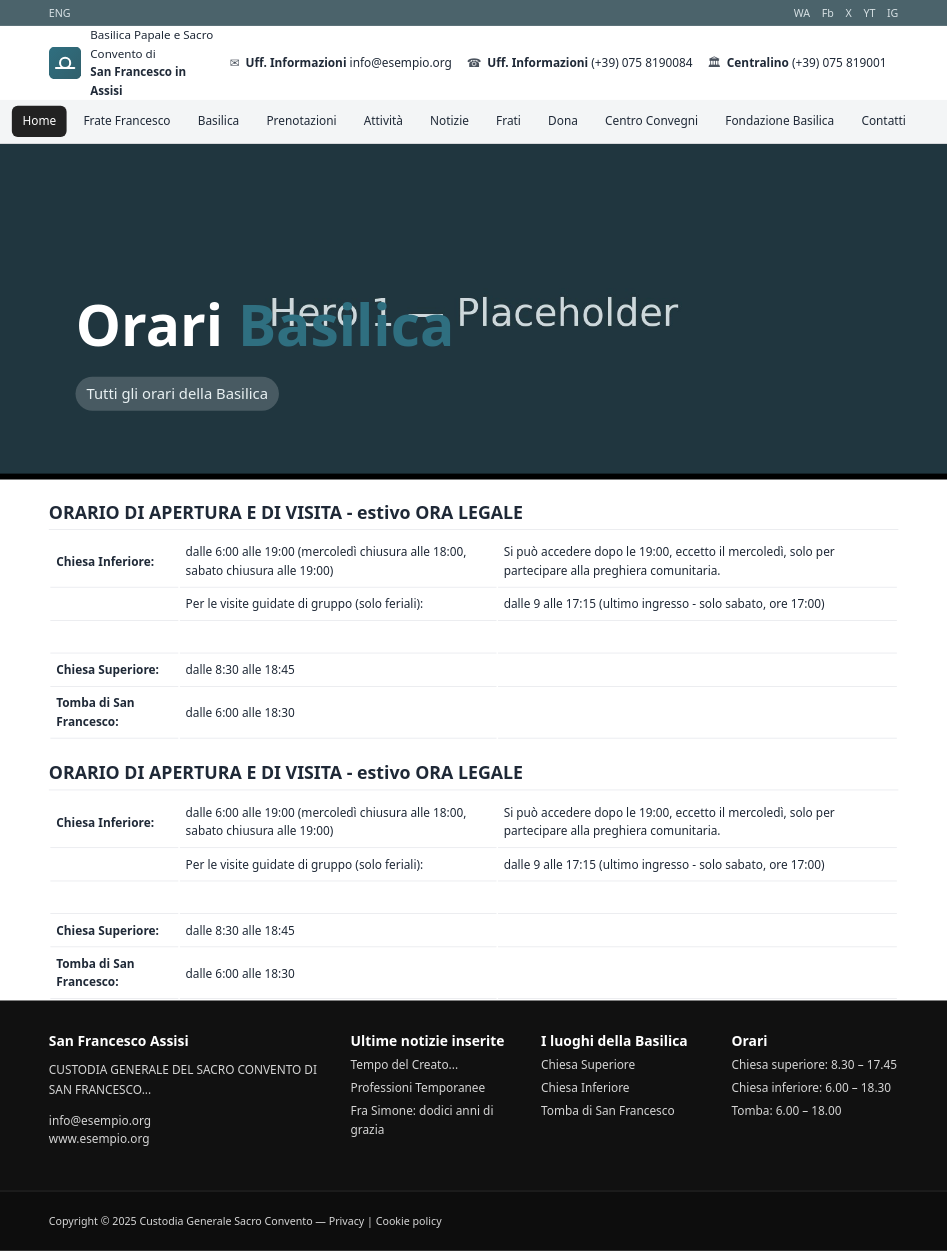
Repository: leacappello/basilica-platform-project
Page: pages/orari.html
These files come from the project's save history. The page is drawn as it stood at one moment and after the next save; the edit follows.
The browser window is 1280 px wide. The pictures show the whole page, at 74% of full size.

Above is the page before, as saved 2025-09-15 12:52:56.
Console error (its wording comes from the project's code and is left out).

After the next save:
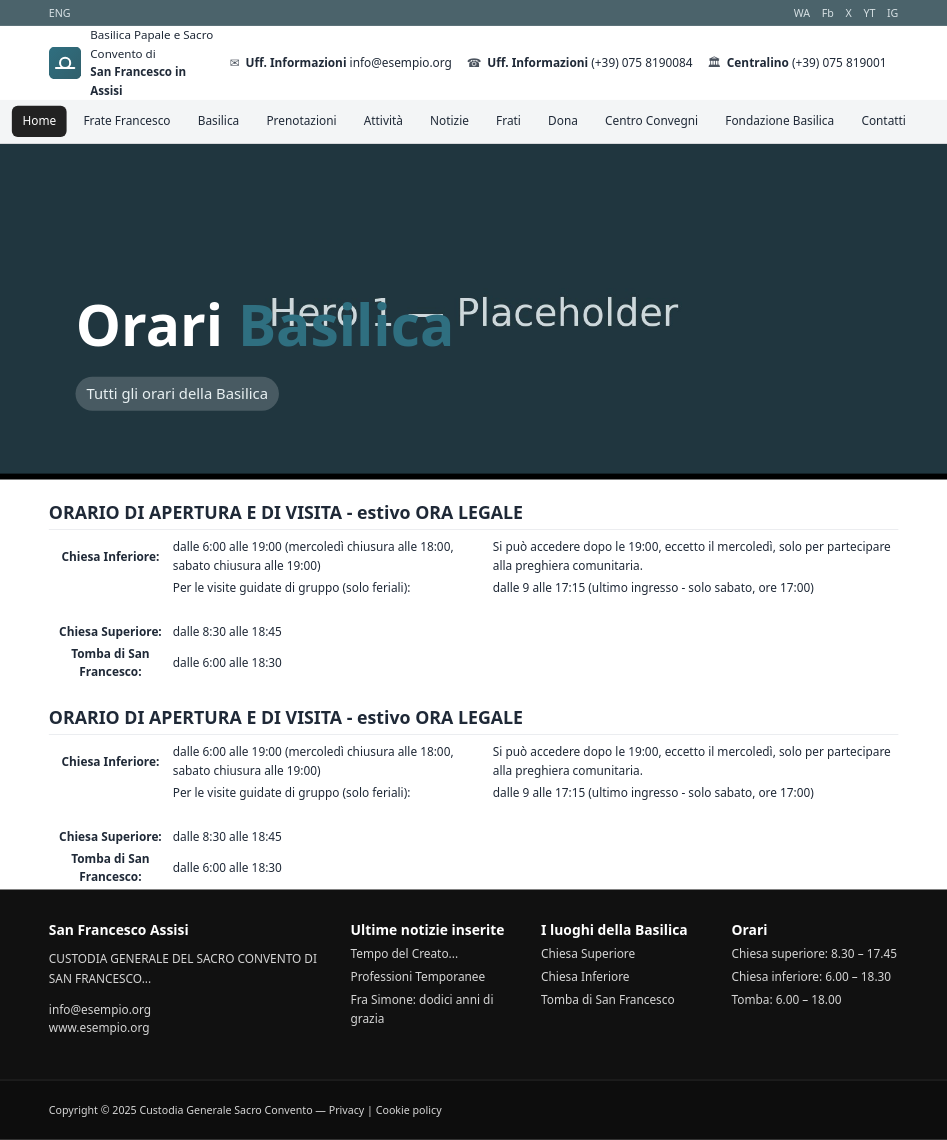
Saved 11 s later.
--- a/assets/styles.css
+++ b/assets/styles.css
@@ -218,11 +218,7 @@
   margin-top: 30px;
   margin-bottom: 50px;
 }
-.orari th,.orari td{
-  padding:.5rem;
-  border-bottom:1px solid var(--border);
-  text-align: left;
-}
+
 
 .titolo-orari{
   margin-top: 30px; font-size: 1.5rem;

After the 3 saves that followed:
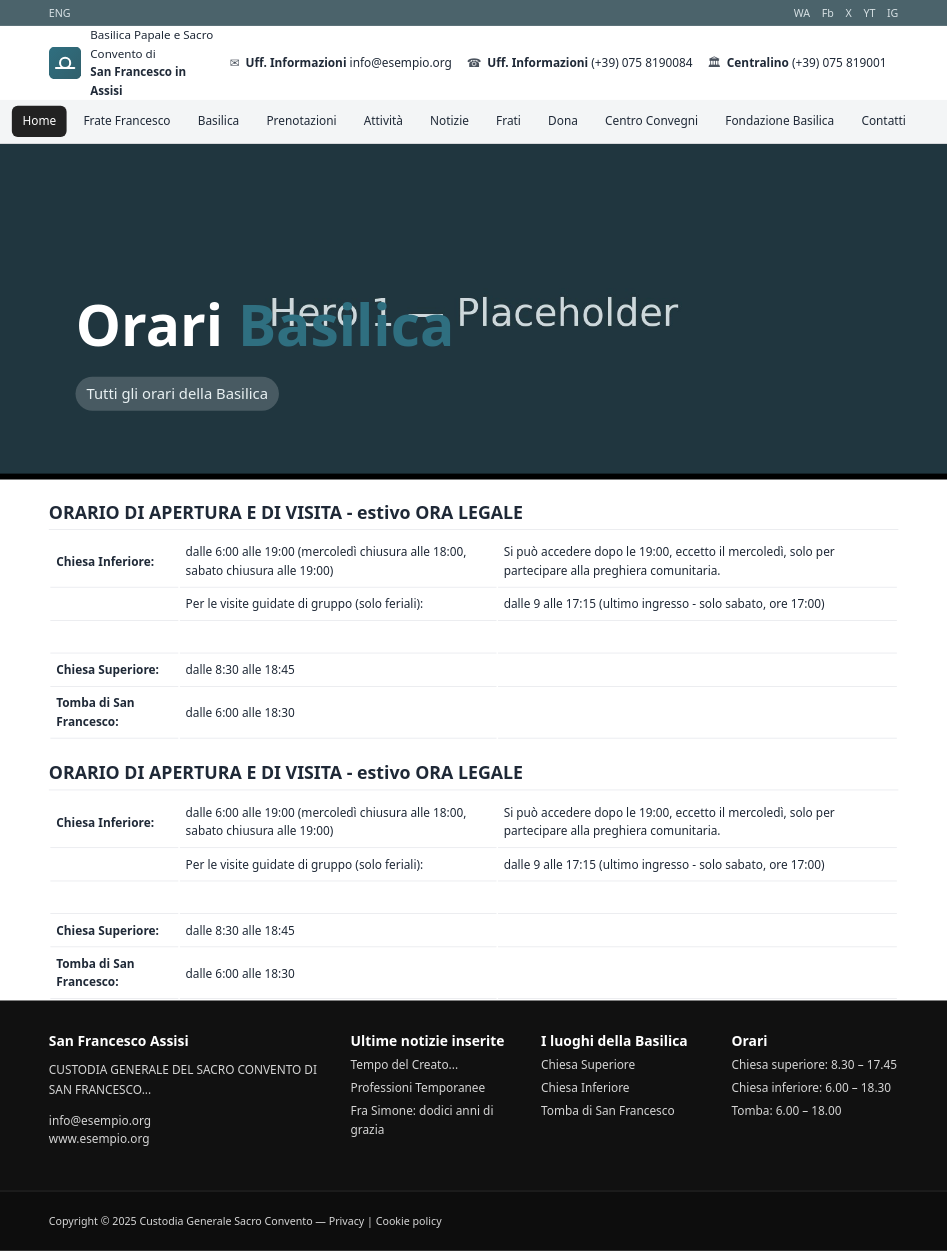
The 3 saves are shown as one change because 2 left the picture as it was.
The last was saved 21 s later.
--- a/assets/styles.css
+++ b/assets/styles.css
@@ -218,7 +218,11 @@
   margin-top: 30px;
   margin-bottom: 50px;
 }
-
+.orari th,.orari td{
+  padding:.5rem;
+  border-bottom:1px solid var(--border);
+  text-align: left;
+}
 
 .titolo-orari{
   margin-top: 30px; font-size: 1.5rem;
